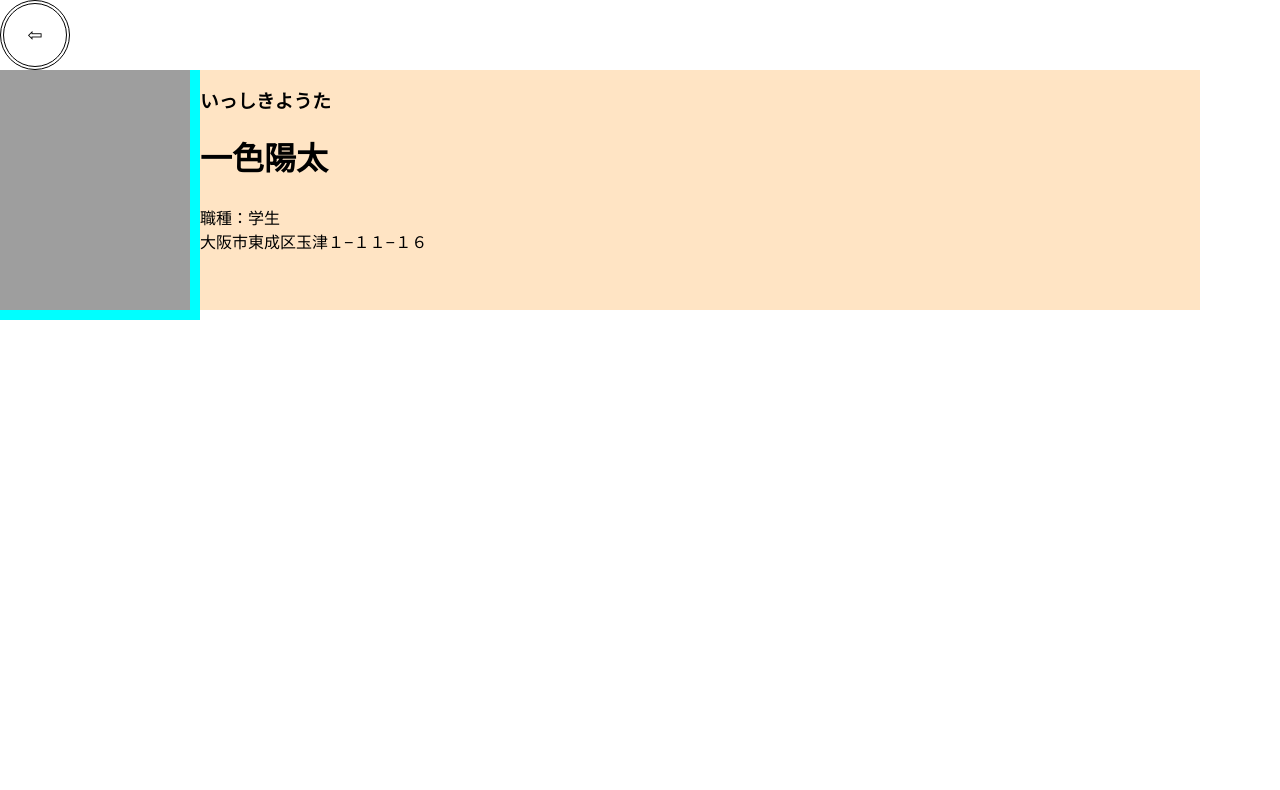
Repository: Mush-s/Folio-OX
Page: /profile
An editor plug-in stored every save of this project. The page is shown before and after a run of saves, followed by the edit.
The browser window is 1280 px wide. The pictures show the whole page.
Pictures or frames that could not be fetched are drawn as grey boxes. The project was rebuilt for these pictures with package versions that can differ from the ones it lists, and the page was loaded fresh each time. Also part of the build but not shown: src/TicTacToe/AfterGame/AfterGame.css, src/TicTacToe/AfterGame/AfterGame.js, src/TicTacToe/Game/Cell.css, src/TicTacToe/Game/Cell.js, src/TicTacToe/Patterns/Pattern.js, src/TicTacToe/Game/GameButtons/GameButtons.css, src/TicTacToe/Game/GameButtons/GameButtons.js, src/TicTacToe/Game/Game.css and 18 more.

Above is the page before, as saved 2022-09-20 18:15:00.

### public/index.html
<!DOCTYPE html>
<html lang="en">
  <head>
    <meta charset="utf-8" />
    <link rel="icon" href="%PUBLIC_URL%/favicon.ico" />
    <meta name="viewport" content="width=device-width, initial-scale=1" />
    <meta name="theme-color" content="#000000" />
    <meta
      name="description"
      content="Web site created using create-react-app"
    />
    <link rel="apple-touch-icon" href="%PUBLIC_URL%/logo192.png" />
    <!--
      manifest.json provides metadata used when your web app is installed on a
      user's mobile device or desktop. See https://developers.google.com/web/fundamentals/web-app-manifest/
    -->
    <link rel="manifest" href="%PUBLIC_URL%/manifest.json" />
    <!--
      Notice the use of %PUBLIC_URL% in the tags above.
      It will be replaced with the URL of the `public` folder during the build.
      Only files inside the `public` folder can be referenced from the HTML.

      Unlike "/favicon.ico" or "favicon.ico", "%PUBLIC_URL%/favicon.ico" will
      work correctly both with client-side routing and a non-root public URL.
      Learn how to configure a non-root public URL by running `npm run build`.
    -->
    <title>React App</title>
  </head>
  <body>
    <noscript>You need to enable JavaScript to run this app.</noscript>
    <div id="root"></div>
    <div id="portal"></div>
    <div id="howmany"></div>
    <!--
      This HTML file is a template.
      If you open it directly in the browser, you will see an empty page.

      You can add webfonts, meta tags, or analytics to this file.
      The build step will place the bundled scripts into the <body> tag.

      To begin the development, run `npm start` or `yarn start`.
      To create a production bundle, use `npm run build` or `yarn build`.
    -->
  </body>
</html>

### src/index.js
import { createRoot } from "react-dom/client";
import { BrowserRouter } from "react-router-dom";
import ReactDOM from "react-dom";
import AfterGame from "./TicTacToe/AfterGame/AfterGame";

import App from "./App";
import BeforeGame from "./NanMon/BeforeGame/BeforeGame";
const container = document.getElementById("root");
const root = createRoot(container);
root.render(
  <BrowserRouter>
    <App />
  </BrowserRouter>
);

export const OverLay = (props) => {
  return ReactDOM.createPortal(
    <AfterGame onClick={props.onClick} result={props.result} />,
    document.getElementById("portal")
  );
};
export const HowMany = (props) => {
  return ReactDOM.createPortal(
    <BeforeGame />,
    document.getElementById("howmany")
  );
};

### src/App.js
import "./App.css";
import Game from "./TicTacToe/Game/Game";
import Game1 from "./NanMon/Game/Game1";
import Start from "./Start/Start";
import { Route, Routes } from "react-router-dom";
import Profile from "./Profile/Profile";

const App = () => {
  return (
    <div className="app">
      <Routes>
        <Route path="/" element={<Start />} />
        <Route path="/tictactou" element={<Game />} />
        <Route path="/nanmon" element={<Game1 />} />
        <Route path="/profile" element={<Profile />} />
      </Routes>
    </div>
  );
};

export default App;

### src/App.css
.app {
  position: relative;
  height: 100vh;
  width: 100%;
  font-family: "Courier New", Courier, monospace;
  /* background-image: url(https://png.pngtree.com/thumb_back/fh260/background/20210308/pngtree-vs-versus-challenge-gaming-background-banner-blue-image_582152.jpg);
  background-size: contain; */
}
/* Document
 * ========================================================================== */

/**
 * 1. Add border box sizing in all browsers (opinionated).
 * 2. Backgrounds do not repeat by default (opinionated).
 */

*,
::before,
::after {
  box-sizing: border-box; /* 1 */
  background-repeat: no-repeat; /* 2 */
}

/**
  * 1. Add text decoration inheritance in all browsers (opinionated).
  * 2. Add vertical alignment inheritance in all browsers (opinionated).
  */

::before,
::after {
  text-decoration: inherit; /* 1 */
  vertical-align: inherit; /* 2 */
}

/**
  * 1. Use the default cursor in all browsers (opinionated).
  * 2. Change the line height in all browsers (opinionated).
  * 3. Breaks words to prevent overflow in all browsers (opinionated).
  * 4. Use a 4-space tab width in all browsers (opinionated).
  * 5. Remove the grey highlight on links in iOS (opinionated).
  * 6. Prevent adjustments of font size after orientation changes in iOS.
  */

:where(:root) {
  cursor: default; /* 1 */
  line-height: 1.5; /* 2 */
  overflow-wrap: break-word; /* 3 */
  -moz-tab-size: 4; /* 4 */
  tab-size: 4; /* 4 */
  -webkit-tap-highlight-color: transparent; /* 5 */
  -webkit-text-size-adjust: 100%; /* 6 */
  text-size-adjust: 100%; /* 6 */
}

/* Sections
  * ========================================================================== */

/**
  * Remove the margin in all browsers (opinionated).
  */

:where(body) {
  margin: 0;
}

/**
  * Correct the font size and margin on `h1` elements within `section` and
  * `article` contexts in Chrome, Edge, Firefox, and Safari.
  */

:where(h1) {
  font-size: 2em;
  margin: 0.67em 0;
}

/* Grouping content
  * ========================================================================== */

/**
  * Remove the margin on nested lists in Chrome, Edge, and Safari.
  */

:where(dl, ol, ul) :where(dl, ol, ul) {
  margin: 0;
}

/**
  * 1. Correct the inheritance of border color in Firefox.
  * 2. Add the correct box sizing in Firefox.
  */

:where(hr) {
  color: inherit; /* 1 */
  height: 0; /* 2 */
}

/**
  * Remove the list style on navigation lists in all browsers (opinionated).
  */

:where(nav) :where(ol, ul) {
  list-style-type: none;
  padding: 0;
}

/**
  * Prevent VoiceOver from ignoring list semantics in Safari (opinionated).
  */

:where(nav li)::before {
  content: "\200B";
  float: left;
}

/**
  * 1. Correct the inheritance and scaling of font size in all browsers.
  * 2. Correct the odd `em` font sizing in all browsers.
  * 3. Prevent overflow of the container in all browsers (opinionated).
  */

:where(pre) {
  font-family: monospace, monospace; /* 1 */
  font-size: 1em; /* 2 */
  overflow: auto; /* 3 */
}

/* Text-level semantics
  * ========================================================================== */

/**
  * Add the correct text decoration in Safari.
  */

:where(abbr[title]) {
  text-decoration: underline;
  text-decoration: underline dotted;
}

/**
  * Add the correct font weight in Chrome, Edge, and Safari.
  */

:where(b, strong) {
  font-weight: bolder;
}

/**
  * 1. Correct the inheritance and scaling of font size in all browsers.
  * 2. Correct the odd `em` font sizing in all browsers.
  */

:where(code, kbd, samp) {
  font-family: monospace, monospace; /* 1 */
  font-size: 1em; /* 2 */
}

/**
  * Add the correct font size in all browsers.
  */

:where(small) {
  font-size: 80%;
}

/* Embedded content
  * ========================================================================== */

/*
  * Change the alignment on media elements in all browsers (opinionated).
  */

:where(audio, canvas, iframe, img, svg, video) {
  vertical-align: middle;
}

/**
  * Remove the border on iframes in all browsers (opinionated).
  */

:where(iframe) {
  border-style: none;
}

/**
  * Change the fill color to match the text color in all browsers (opinionated).
  */

:where(svg:not([fill])) {
  fill: currentColor;
}

/* Tabular data
  * ========================================================================== */

/**
  * 1. Collapse border spacing in all browsers (opinionated).
  * 2. Correct table border color in Chrome, Edge, and Safari.
  * 3. Remove text indentation from table contents in Chrome, Edge, and Safari.
  */

:where(table) {
  border-collapse: collapse; /* 1 */
  border-color: currentColor; /* 2 */
  text-indent: 0; /* 3 */
}

/* Forms
  * ========================================================================== */

/**
  * Remove the margin on controls in Safari.
  */

:where(button, input, select) {
  margin: 0;
}

/**
  * Correct the inability to style buttons in iOS and Safari.
  */

:where(button, [type="button" i], [type="reset" i], [type="submit" i]) {
  -webkit-appearance: button;
}

/**
  * Change the inconsistent appearance in all browsers (opinionated).
  */

:where(fieldset) {
  border: 1px solid #a0a0a0;
}

/**
  * Add the correct vertical alignment in Chrome, Edge, and Firefox.
  */

:where(progress) {
  vertical-align: baseline;
}

/**
  * 1. Remove the margin in Firefox and Safari.
  * 3. Change the resize direction in all browsers (opinionated).
  */

:where(textarea) {
  margin: 0; /* 1 */
  resize: vertical; /* 3 */
}

/**
  * 1. Correct the odd appearance in Chrome, Edge, and Safari.
  * 2. Correct the outline style in Safari.
  */

:where([type="search" i]) {
  -webkit-appearance: textfield; /* 1 */
  outline-offset: -2px; /* 2 */
}

/**
  * Correct the cursor style of increment and decrement buttons in Safari.
  */

::-webkit-inner-spin-button,
::-webkit-outer-spin-button {
  height: auto;
}

/**
  * Correct the text style of placeholders in Chrome, Edge, and Safari.
  */

::-webkit-input-placeholder {
  color: inherit;
  opacity: 0.54;
}

/**
  * Remove the inner padding in Chrome, Edge, and Safari on macOS.
  */

::-webkit-search-decoration {
  -webkit-appearance: none;
}

/**
  * 1. Correct the inability to style upload buttons in iOS and Safari.
  * 2. Change font properties to `inherit` in Safari.
  */

::-webkit-file-upload-button {
  -webkit-appearance: button; /* 1 */
  font: inherit; /* 2 */
}

/* Interactive
  * ========================================================================== */

/*
  * Add the correct styles in Safari.
  */

:where(dialog) {
  background-color: white;
  border: solid;
  color: black;
  height: -moz-fit-content;
  height: fit-content;
  left: 0;
  margin: auto;
  padding: 1em;
  position: absolute;
  right: 0;
  width: -moz-fit-content;
  width: fit-content;
}

:where(dialog:not([open])) {
  display: none;
}

/*
  * Add the correct display in Safari.
  */

:where(details > summary:first-of-type) {
  display: list-item;
}

/* Accessibility
  * ========================================================================== */

/**
  * Change the cursor on busy elements in all browsers (opinionated).
  */

:where([aria-busy="true" i]) {
  cursor: progress;
}

/*
  * Change the cursor on disabled, not-editable, or otherwise
  * inoperable elements in all browsers (opinionated).
  */

:where([aria-disabled="true" i], [disabled]) {
  cursor: not-allowed;
}

/*
  * Change the display on visually hidden accessible elements
  * in all browsers (opinionated).
  */

:where([aria-hidden="false" i][hidden]) {
  display: initial;
}

:where([aria-hidden="false" i][hidden]:not(:focus)) {
  clip: rect(0, 0, 0, 0);
  position: absolute;
}

a:-webkit-any-link {
  color: black;
  text-decoration: none;
}

button {
  cursor: pointer;
}

ul {
  padding-inline-start: 0;
  margin-block-start: 0;
}

### src/Profile/Profile.js
import Back from "../Components/Back/Back";
import "./Profile.css";
const Profile = () => {
  return (
    <>
      <Back />
      <div className="profile">
        <div className="picture">
          <img src="http://livedoor.blogimg.jp/snoo_frontpage/imgs/9/4/9460ea59-s.png" />
        </div>
        <div className="intro">
          <div className="name">
            <h3>いっしきようた</h3>
            <h1>一色陽太</h1>
          </div>
          <div className="job">職種：学生</div>
          <div className="post">大阪市東成区玉津１−１１−１６</div>
        </div>
      </div>
    </>
  );
};

export default Profile;

### src/Components/Back/Back.js
import "./Back.css";
import { useNavigate } from "react-router-dom";

const Back = () => {
  const navigate = useNavigate();
  const backHandler = () => {
    navigate("/");
  };
  return (
    <button className="back" onClick={backHandler}>
      ⇦
    </button>
  );
};

export default Back;

### src/Profile/Profile.css
.profile {
  display: flex;
  height: 100vh;
}

.profile .picture {
  background-color: aqua;
  width: 200px;
  height: 250px;
}
.profile img {
  width: 190px;
  height: 240px;
}

.profile .intro {
  background-color: bisque;
  width:1000px;
  height:240px;
}

### src/Components/Back/Back.css
.back {
  width: 70px;
  height: 70px;
  font-size: 18px;
  display: inline-block;
  background: #ffffff;
  border: double 4px #000000;
  border-radius: 50%;
  text-align: center;
  overflow: hidden;
  cursor: pointer;
}

After the next 2 saves:
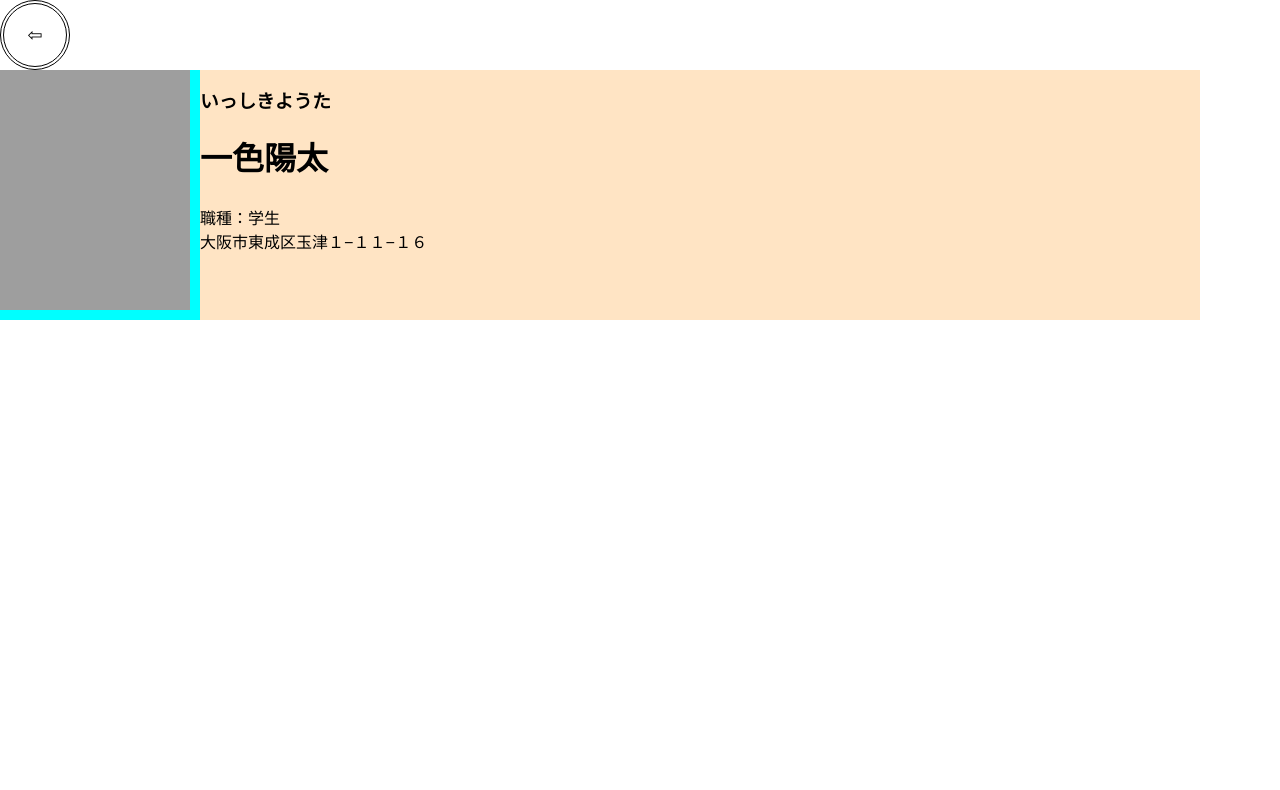
The 2 saves are shown as one change because they came seconds apart.
The last was saved 7 s later.
--- a/src/Profile/Profile.css
+++ b/src/Profile/Profile.css
@@ -15,6 +15,6 @@
 
 .profile .intro {
   background-color: bisque;
-  width:1000px;
-  height:240px;
+  width: 1000px;
+  height: 250px;
 }
